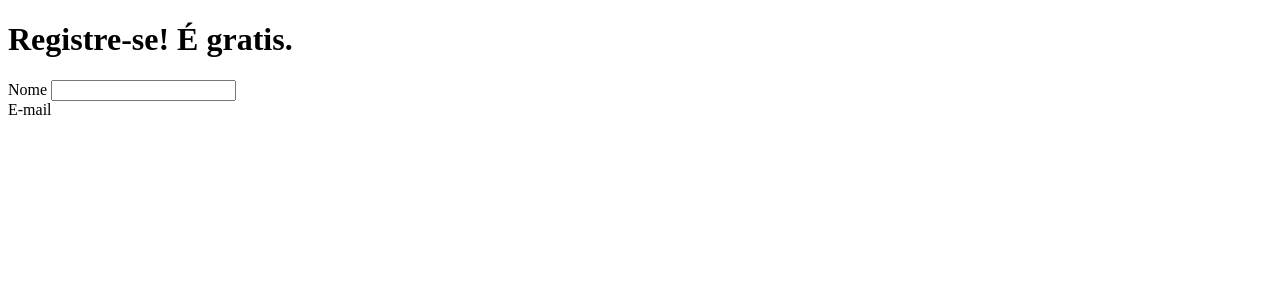
Repository: gabrielma19/1TDSG-Web
Page: http://localhost/06-Loja/cadastro-usuario.jsp
An editor plug-in stored every save of this project. The page is shown before and after the next save, followed by the edit.
The browser window is 1280 px wide. The pictures show the whole page.
The page is served by Tomcat 9. Other server files are loaded and not shown.

Above is the page before, as saved 2016-09-14 11:37:44.

### 06-Loja/WebContent/cadastro-usuario.jsp
<%@ page language="java" contentType="text/html; charset=ISO-8859-1"
    pageEncoding="ISO-8859-1"%>
<!DOCTYPE html PUBLIC "-//W3C//DTD HTML 4.01 Transitional//EN" "http://www.w3.org/TR/html4/loose.dtd">
<html>
<head>
<meta http-equiv="Content-Type" content="text/html; charset=ISO-8859-1">
<title>Cadastro de Usuário</title>
</head>
<body>

<div class="container">
	<h1>Registre-se! É gratis.</h1>
	<form>
		<div class="form-group">
			<label for="nomeId">Nome</label>
			<input type="text" name="nome" class="form-control" id="nomeId">
		</div>
		<div class="form-group">
			<label for="emailId">E-mail</label>

		</div>
	</form>
</div>

</body>
</html>

After the next save:
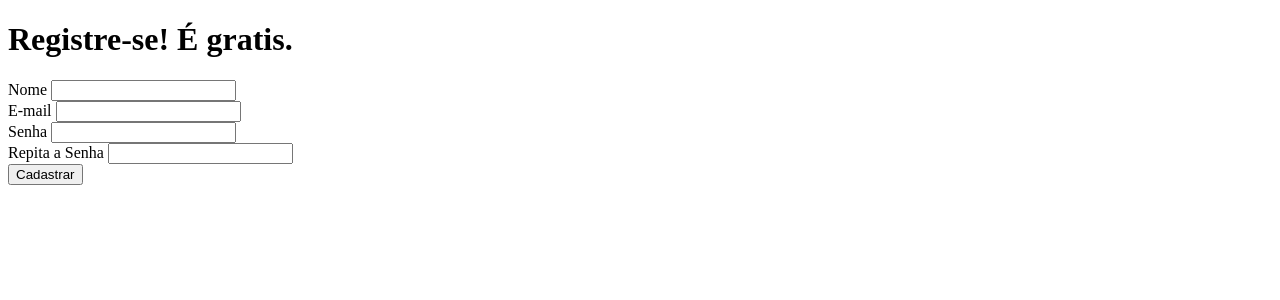
Saved 2 min 19 s later.
--- a/06-Loja/WebContent/cadastro-usuario.jsp
+++ b/06-Loja/WebContent/cadastro-usuario.jsp
@@ -17,7 +17,18 @@
 		</div>
 		<div class="form-group">
 			<label for="emailId">E-mail</label>
-
+			<input type="text" name="email" class="form-control" id="emailId">
+		</div>
+		<div class="form-group">
+			<label for="senhaId">Senha</label>
+			<input type="password" name="senha" class="form-control" id="senhaId">
+		</div>
+		<div class="form-group">
+			<label for="repitaId">Repita a Senha</label>
+			<input type="password" name="repita" class="form-control" id="repitaId">
+		</div>
+		<div class="form-group">
+			<input type="submit" value="Cadastrar" class="btn btn-primary">
 		</div>
 	</form>
 </div>
